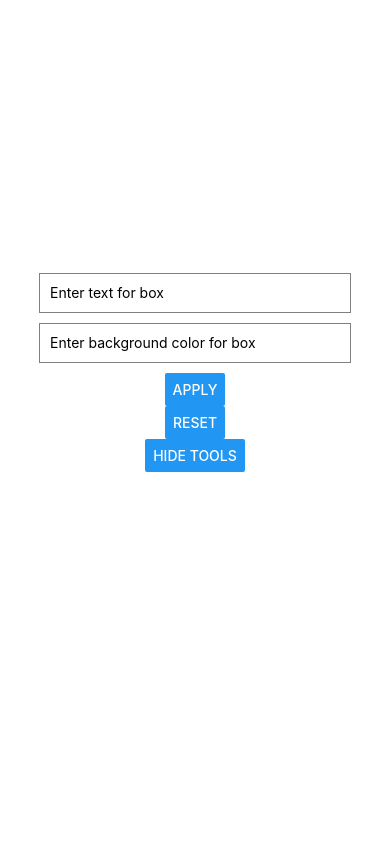
Repository: amirjavadikia/mobile-projectg
Screen: /
These files come from the project's save history. The screen is drawn as it stood at one moment and after a run of saves; the edit follows.
The app was drawn by React Native's web renderer in a window 390 px wide. The project was rebuilt for these pictures with package versions that can differ from the ones it lists, and the page was loaded fresh each time.

Above is the screen before, as saved 2024-05-13 21:38:52.

After the next 4 saves:
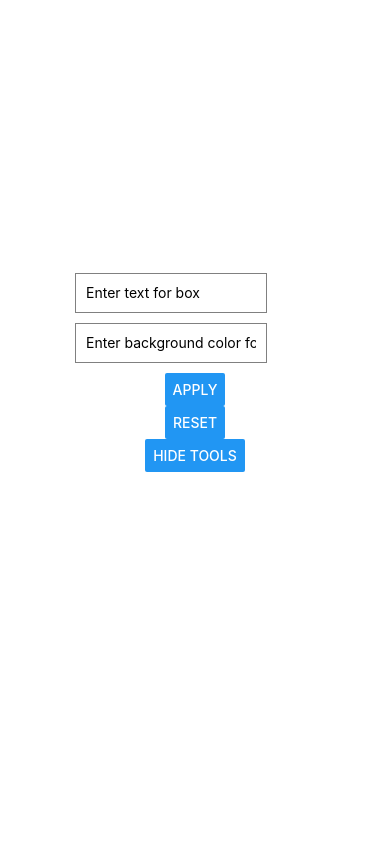
The 4 saves are shown as one change because 1 did not build or start and some came seconds apart.
The last was saved 7 min 37 s later.
--- a/App.tsx
+++ b/App.tsx
@@ -131,6 +131,7 @@ const App = () => {
     <View style={styles.container}>
       {showTools && (
         <>
+          <View>
           <TextInput
             style={styles.input}
             onChangeText={handleTextChange}
@@ -143,6 +144,7 @@ const App = () => {
             value={newBackgroundColor}
             placeholder="Enter background color for box"
           />
+          </View>
           <Button title="Apply" onPress={handleApplyChanges} />
           <Button title="Reset" onPress={handleResetChanges} />
         </>
